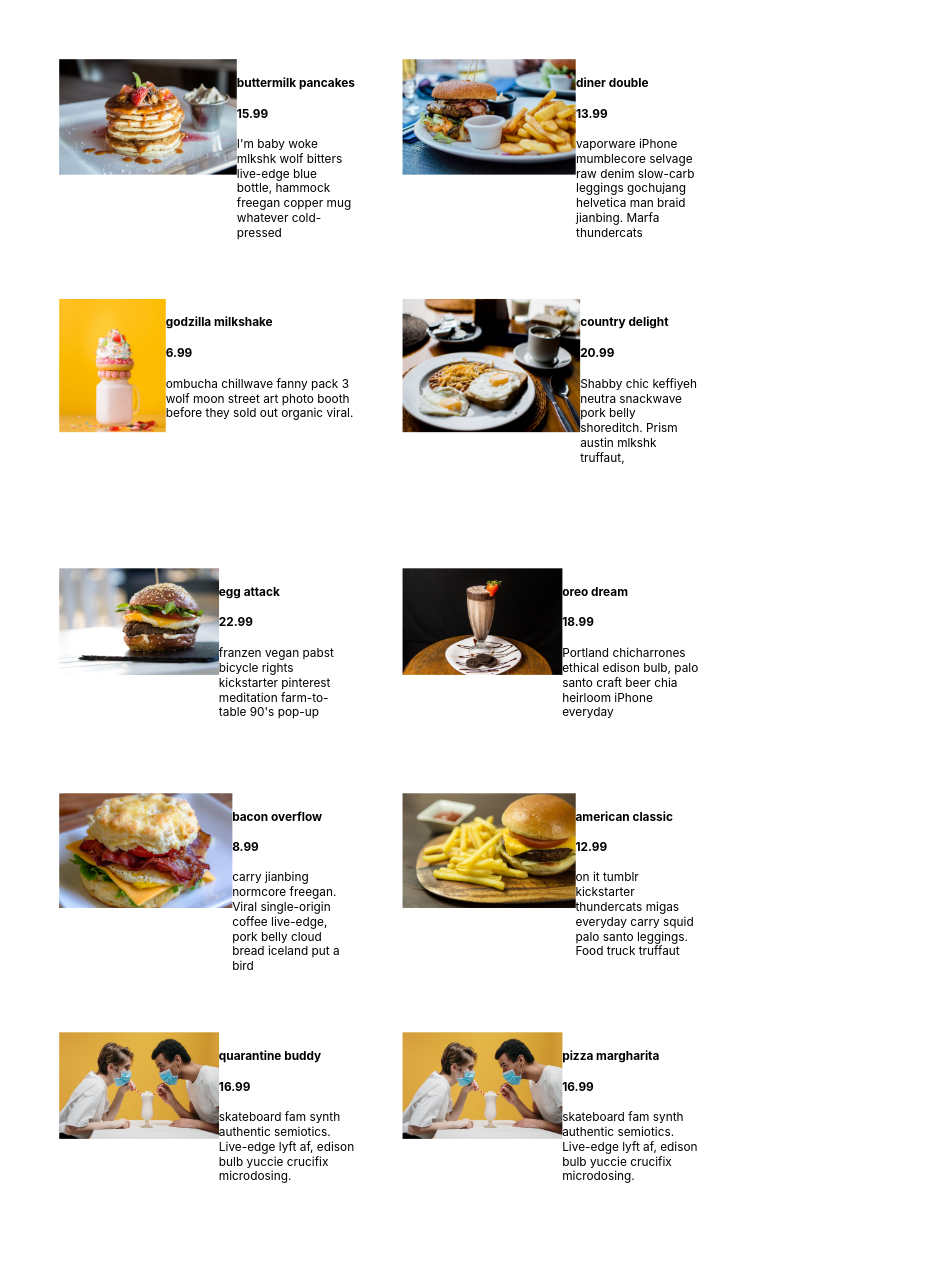
Repository: gligor99/menu-ts-react
Page: /
The author's editor kept a copy of each file at every save. The page is drawn from the files as they stood at one save, then again after the next save.
The browser window is 1280 px wide. The pictures show the whole page, at 74% of full size.
The project was rebuilt for these pictures with package versions that can differ from the ones it lists, and the page was loaded fresh each time.

Above is the page before, as saved 2021-11-24 23:01:18.

After the next save:
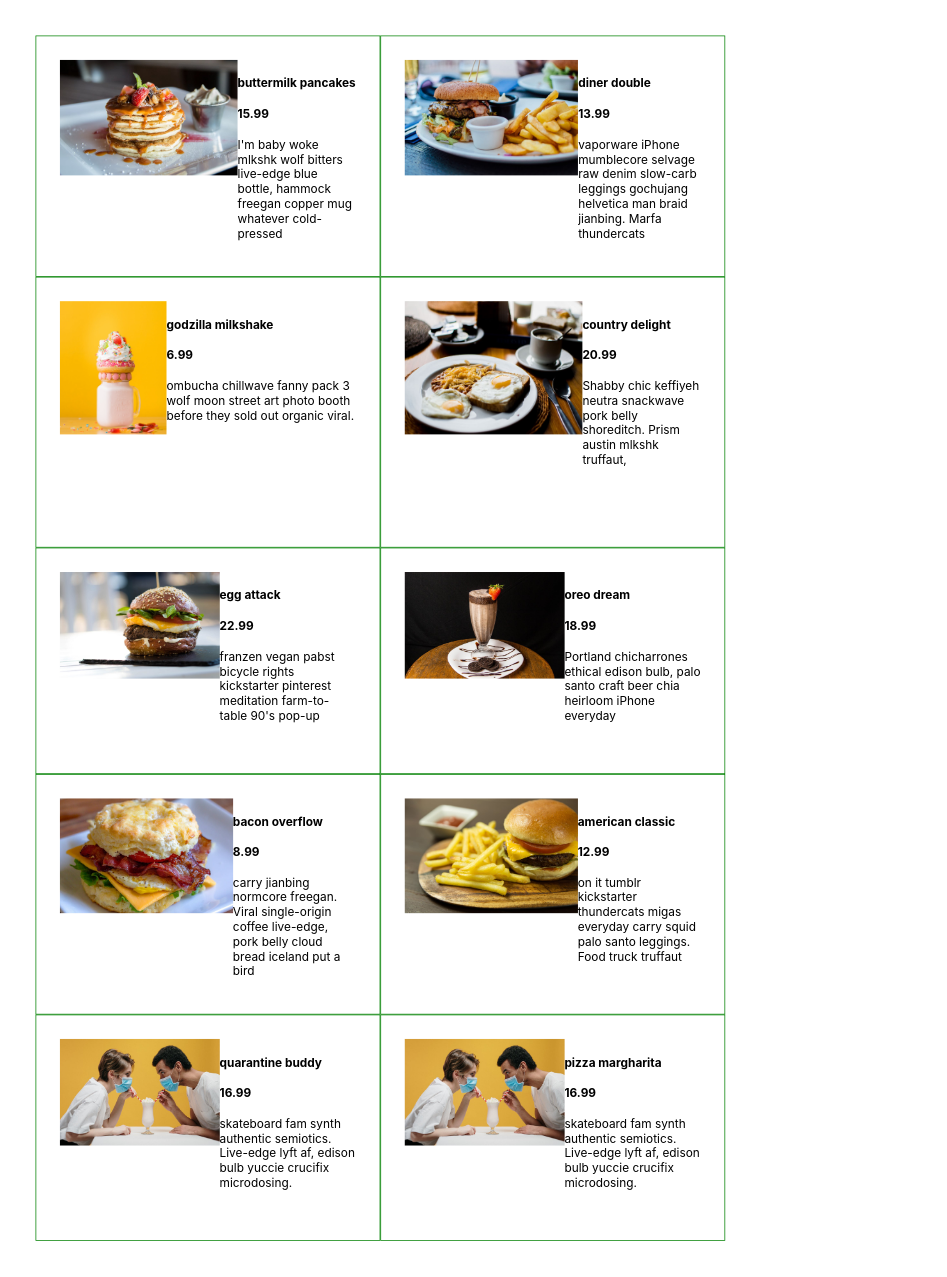
Saved 7 s later.
--- a/src/index.css
+++ b/src/index.css
@@ -25,6 +25,7 @@ code {
   padding: 2em;
   display: flex;
   width: 400px;
+  border: 1px solid green;
 }
 
 
